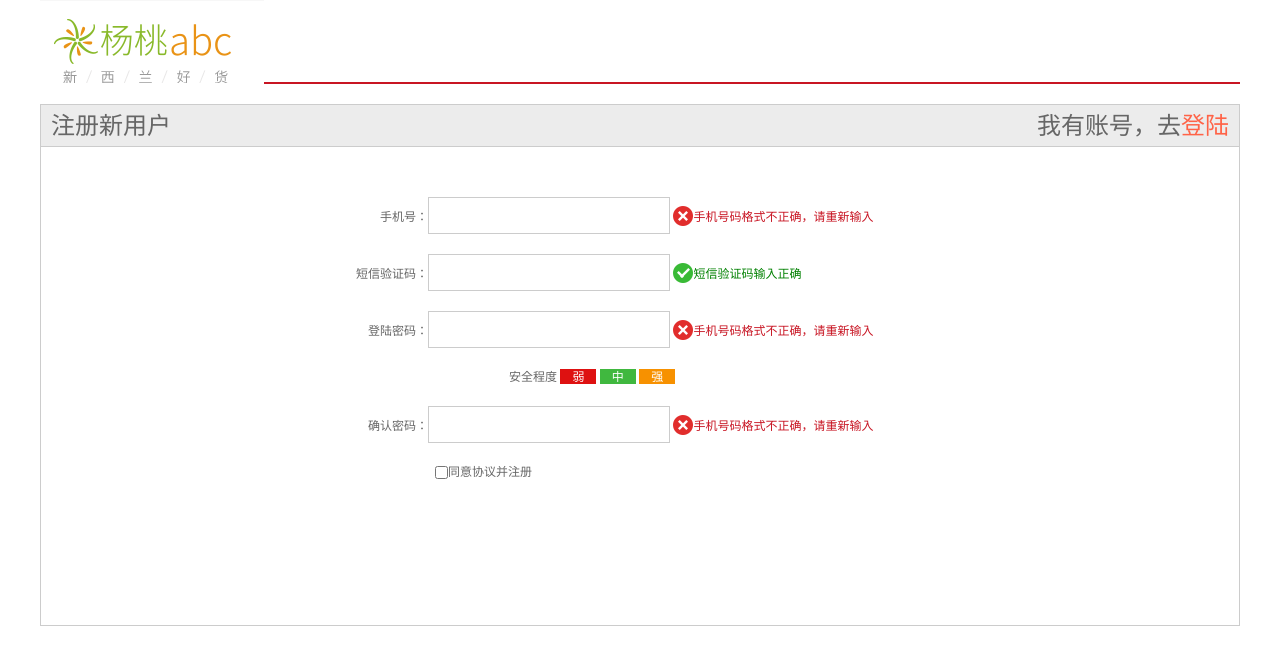
Repository: Jasonlee6789/shoppingWeb
Page: register.html
The author's editor kept a copy of each file at every save. The page is drawn from the files as they stood at one save, then again after the next save.
The browser window is 1280 px wide. The pictures show the whole page.

Above is the page before, as saved 2020-05-29 13:38:53.

After the next save:
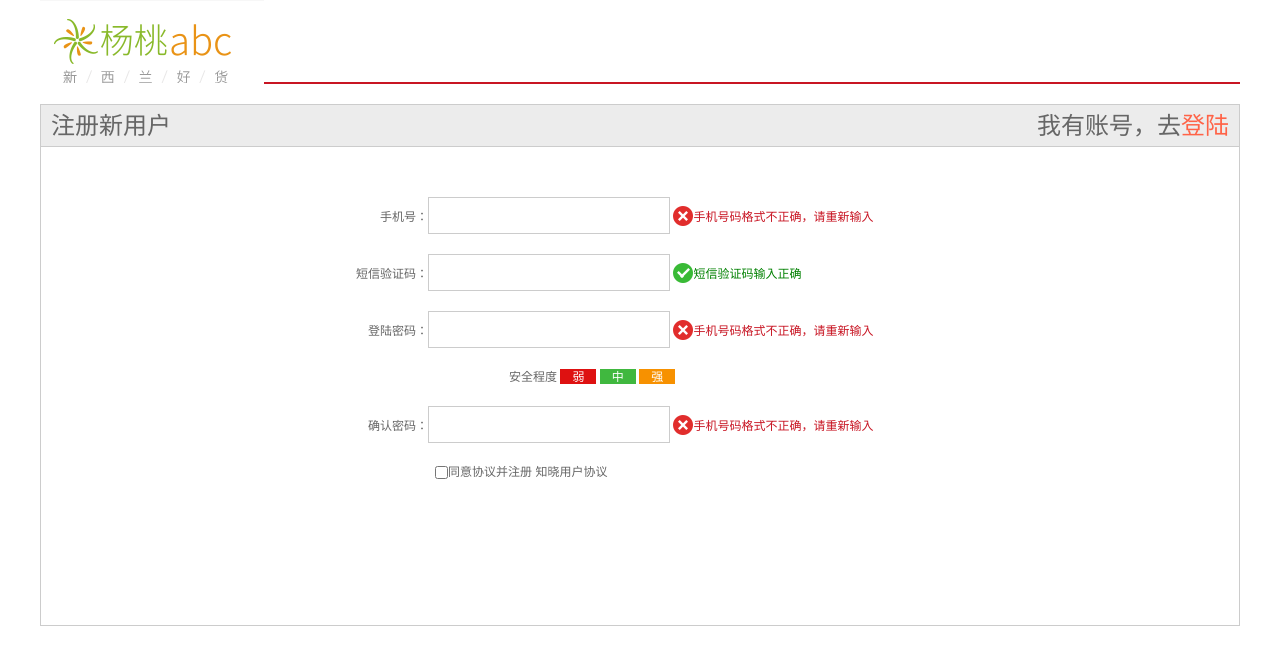
Saved 20 s later.
--- a/register.html
+++ b/register.html
@@ -32,7 +32,8 @@
                     <li class="safe">安全程度 <em class="ruo">弱</em> <em class="zhong">中</em> <em class="qiang">强</em> </li>
                     <li><label for="">确认密码：</label><input type="password" class="inp">
                         <span class="error"><i class="error_icon"></i>手机号码格式不正确，请重新输入</span></li>
-                    <li class="agree"><input type="checkbox" name="" id="">同意协议并注册</li>
+                    <li class="agree"><input type="checkbox" name="" id="">同意协议并注册
+                        <a href="#">知晓用户协议</a></li>
                 </ul>
             </div>
         </div>
